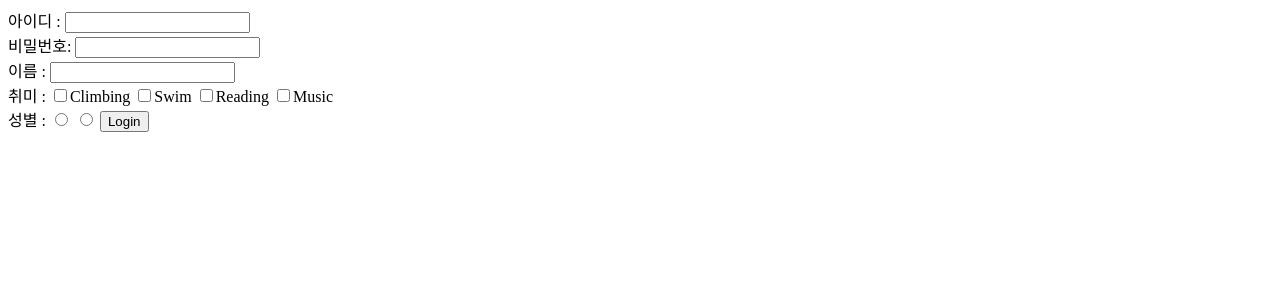
Repository: alsals126/servlet_study_2021
Page: http://localhost/ServletPrj/login_form.jsp
These files come from the project's save history. The page is drawn as it stood at one moment and after the next save; the edit follows.
The browser window is 1280 px wide. The pictures show the whole page.
The page is served by Tomcat 9. Other server files are loaded and not shown.

Above is the page before, as saved 2021-05-11 00:52:42.

### ServletPrj/WebContent/login_form.jsp
<%@ page language="java" contentType="text/html; charset=EUC-KR"
    pageEncoding="EUC-KR"%>
<!DOCTYPE html>
<html>
<head>
<meta charset="EUC-KR">
<title>Insert title here</title>
</head>
<body>
	<form method="post" action="login">
		아이디 : <input type="text" name="id"/><br>
		비밀번호: <input type="password" name="pw"/><br>
		이름 : <input type="text" name="name"/><br>
		취미 : <input type="checkbox" name="hobby" value="climbing">Climbing
		      <input type="checkbox" name="hobby" value="swim">Swim
		      <input type="checkbox" name="hobby" value="reading">Reading
		      <input type="checkbox" name="hobby" value="music">Music
		      <br>
		성별 : <input type="radio" name="gender" value="male">
		      <input type="radio" name="gender" value="female">
		<button type="submit">Login</button>
	</form>
</body>
</html>

After the next save:
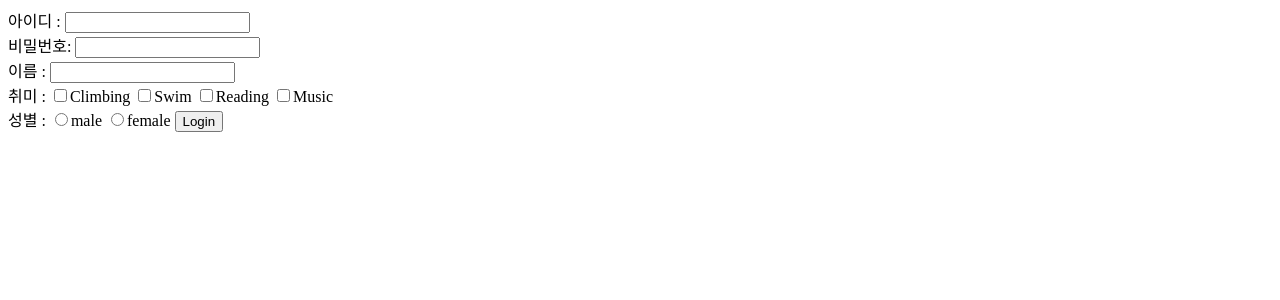
Saved 11 s later.
--- a/ServletPrj/WebContent/login_form.jsp
+++ b/ServletPrj/WebContent/login_form.jsp
@@ -16,8 +16,8 @@
 		      <input type="checkbox" name="hobby" value="reading">Reading
 		      <input type="checkbox" name="hobby" value="music">Music
 		      <br>
-		성별 : <input type="radio" name="gender" value="male">
-		      <input type="radio" name="gender" value="female">
+		성별 : <input type="radio" name="gender" value="male">male
+		      <input type="radio" name="gender" value="female">female
 		<button type="submit">Login</button>
 	</form>
 </body>
